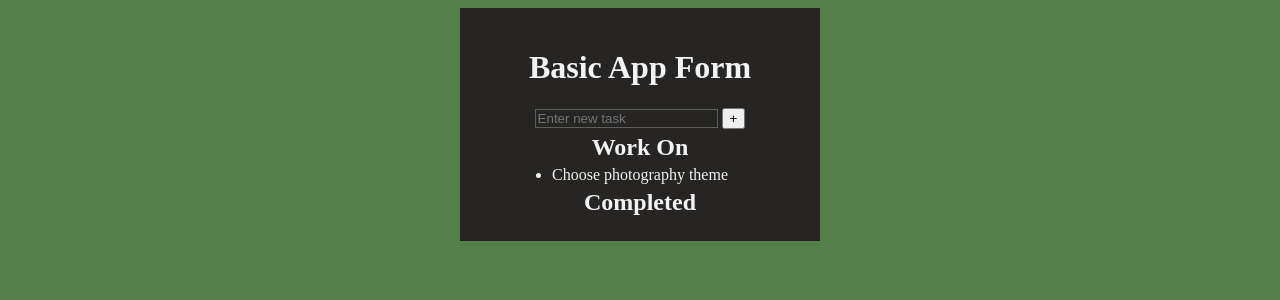
Repository: Kayla-amr/dgm_3760
Page: todoTemplate-W2/index.html
The author's editor kept a copy of each file at every save. The page is drawn from the files as they stood at one save, then again after a run of saves.
The browser window is 1280 px wide. The pictures show the whole page.

Above is the page before, as saved 2022-10-17 17:29:28.

### todoTemplate-W2/index.html
<!DOCTYPE html>
<html lang="en">

<head>
    <meta charset="UTF-8">
    <meta http-equiv="X-UA-Compatible" content="IE=edge">
    <meta name="viewport" content="width=device-width, initial-scale=1.0">
    <link rel="stylesheet" href="styles.css">
    <title>Basic Todo App</title>
</head>

<body>
    <main>
        <div class="taskForm">
            <h1 class="formTitle"></h1>
            <div>
                <input class="userInput" type="text" placeholder="Enter new task">
                <button class="addTask">+</button>
            </div>
            <h2>Work On</h2>
            <ul class='todoTasks'>
            </ul>
            <h2>Completed</h2>
            <ul class='completedTasks'>
            </ul>
    </main>

    </div>
</body>
<script src="/todoTemplate-W2/index.js"></script>

</html>

### todoTemplate-W2/styles.css
body{
    background-color: #557f49;
    color: #f2f2f2;
}
main{
    display: flex;
    justify-content: center;
}
h2{
    margin: 0;
    padding: 5px;
}
.taskForm{
    background-color: #262524;
    padding: 20px;
    width: 20rem;
    display: flex;
    flex-direction: column;
    align-items: center;
}

.todoTasks{
    margin: 0;
    padding: 0;
}
.completedTasks{
    margin: 0;
    padding: 0;
}
.userInput{
    background-color: #eaaf1900;
    border: 1px solid #808080a1;
    color: #f2f2f2;
}

### todoTemplate-W2/index.js
let myList = [
	{
		id: 0,
		name: 'Choose photography theme',
		category: 'Homework',
		due_date: 'Tomorrow',
		status: false
	},
	{
		id: 1,
		name: 'Organize music',
		category: 'Chores',
		due_date: 'Wednesday',
		status: true
	}
];

//app title
document.querySelector('.formTitle').innerText = 'Basic App Form';

//view todods


function displayTodos(todos) {
	//clear out any tasks (li elements) that are in the UL
	todoTaskUl.innerHTML = '';
  completedTaskUL.innerHTML = '';
	//for each todo in the array, add it to the container UL
	todos.forEach(function(myTask) {
    if (myTask.status != true) {
      todoTaskUl.innerHTML += `<li data-todoId='${myTask.id}'> ${myTask.name} </li>`;
    }

	});
}

//add todos

//store element object for the add task button
const addBtn = document.querySelector('.addTask')

addBtn.addEventListener('click', (event) => {
	addTask()
})

function addTask(){
  let userInput = document.querySelector('.userInput').value;
  const newTodoObj = {
	id: myList.length + 1,
	name: userInput,
	category: null,
	due_date: null,
	status: false
}

  myList.push(newTodoObj);

  displayTodos(myList)
}

// create a function to complete todos
function completeTask(){
  if(myTask.i) {
    completedTaskUL.style.textDecoration = 'line-through'
    completedTaskUL.innerHTML += `<li data-todoId='${myTask.id}'> ${myTask.name} </li>`;
  }
	// function will take 1 parameter (input) an id of the todo to complete
	// find the todo to complete and then change the value of status in the todo object
		//use the .findIndex method to get the index
		//then edit the object directly using bracket notation
		//IE: myList[todoIDX].status
}


//create a function to delete todos
function deleteTask(){
	//much the same as the complete todo function
	//instead of editing the object, you will need to remove it from the array
}


//for complete and delete event listeners you will need to listen for events on the UL

//get a reference to the task container UL
const todoTaskUl = document.querySelector('.todoTasks');
const completedTaskUL = document.querySelector('.completedTasks');

todoTaskUl.addEventListener('click', (event) => {
	//get the id of the todo that the user clicked on.
	console.log(event.target.dataset.todoid)

	const clickedTodoId = event.target.dataset.todoid

	const todoIdx = myList.findIndex((todo) => todo.id == clickedTodoId)

	console.log(todoIdx)
	//flip the status value
	myList[todoIdx].status = !myList[todoIdx].status

	console.log(myList)

	displayTodos(myList)
})


//on page load, show the todos
displayTodos(myList)

After the next 2 saves:
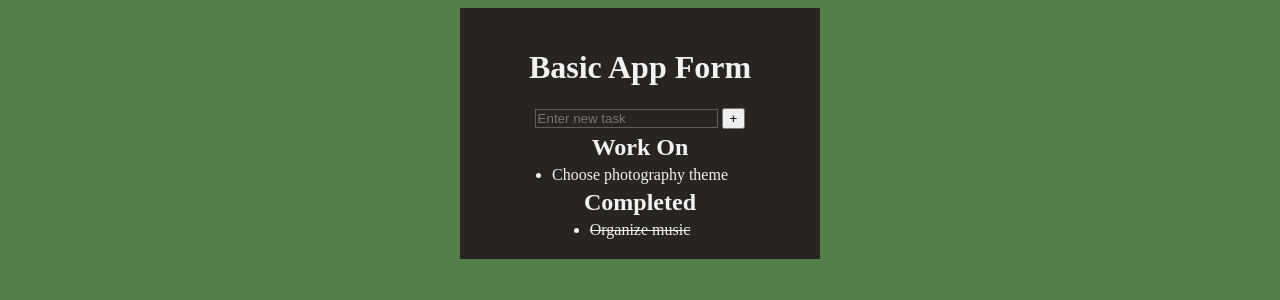
The 2 saves are shown as one change because they came seconds apart.
The last was saved 8 s later.
--- a/todoTemplate-W2/index.js
+++ b/todoTemplate-W2/index.js
@@ -29,6 +29,9 @@ function displayTodos(todos) {
 	todos.forEach(function(myTask) {
     if (myTask.status != true) {
       todoTaskUl.innerHTML += `<li data-todoId='${myTask.id}'> ${myTask.name} </li>`;
+    } else {
+      completedTaskUL.style.textDecoration = 'line-through'
+      completedTaskUL.innerHTML += `<li data-todoId='${myTask.id}'> ${myTask.name} </li>`;
     }
 
 	});
@@ -60,10 +63,6 @@ function addTask(){
 
 // create a function to complete todos
 function completeTask(){
-  if(myTask.i) {
-    completedTaskUL.style.textDecoration = 'line-through'
-    completedTaskUL.innerHTML += `<li data-todoId='${myTask.id}'> ${myTask.name} </li>`;
-  }
 	// function will take 1 parameter (input) an id of the todo to complete
 	// find the todo to complete and then change the value of status in the todo object
 		//use the .findIndex method to get the index
